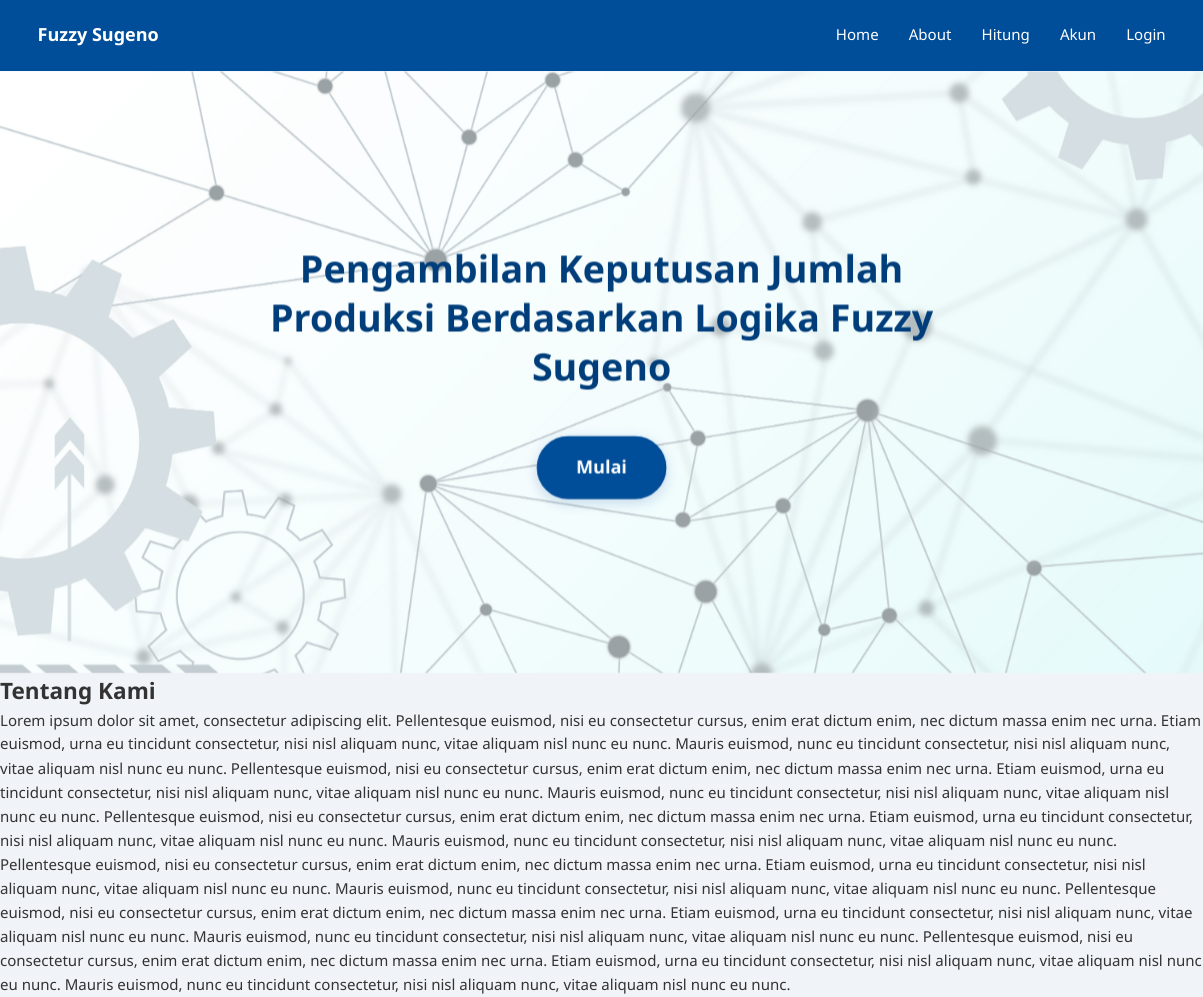
Repository: Senicccc/Defuzzy-Sugeno
Page: http://localhost/
The author's editor kept a copy of each file at every save. The page is drawn from the files as they stood at one save, then again after the next save.
The browser window is 1280 px wide. The pictures show the whole page, at 94% of full size.
The page is run by PHP 8.4 with error messages shown; the project is at /var/www/html/.

Above is the page before, as saved 2025-06-08 11:41:40.

After the next save:
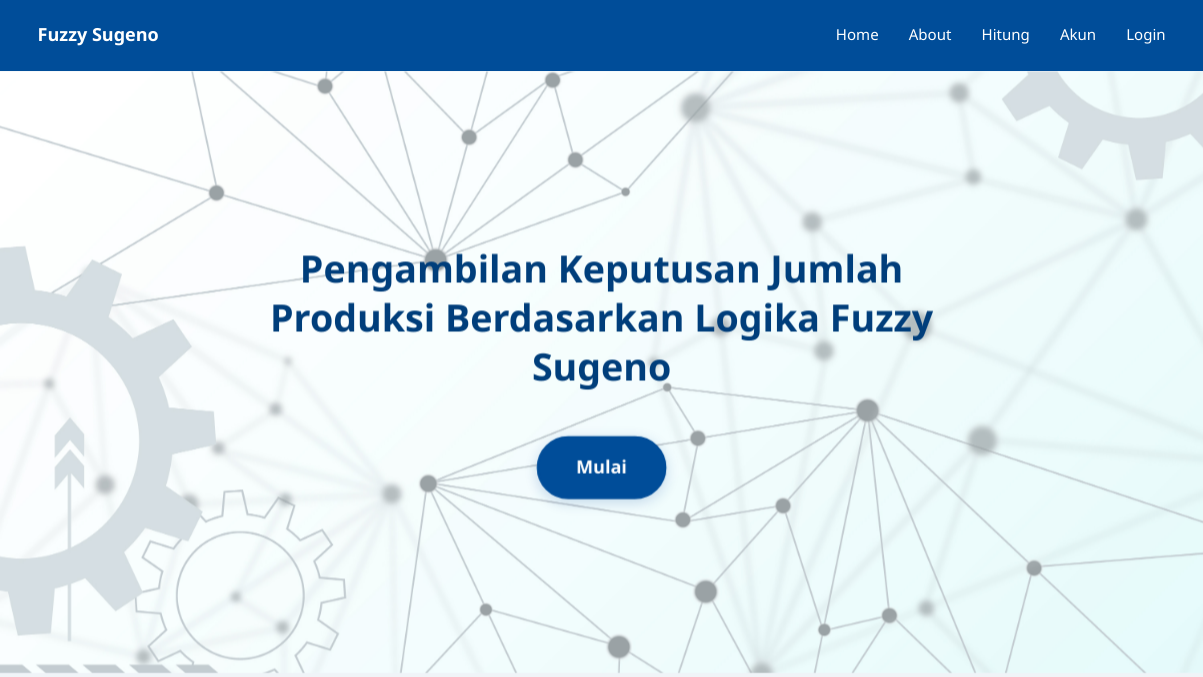
Saved 9 s later.
--- a/index.php
+++ b/index.php
@@ -20,34 +20,6 @@
         <a href="php/form.php" class="start-button">Mulai</a>
     </section>
 
-    <section id="about-section">
-        <div class="about-content">
-            <h1>Tentang Kami</h1>
-            <p>
-                Lorem ipsum dolor sit amet, consectetur adipiscing elit. Pellentesque euismod, nisi eu consectetur
-                cursus, enim erat dictum enim, nec dictum massa enim nec urna. Etiam euismod, urna eu tincidunt
-                consectetur, nisi nisl aliquam nunc, vitae aliquam nisl nunc eu nunc. Mauris euismod, nunc eu
-                tincidunt consectetur, nisi nisl aliquam nunc, vitae aliquam nisl nunc eu nunc. Pellentesque euismod,
-                nisi eu consectetur cursus, enim erat dictum enim, nec dictum massa enim nec urna. Etiam euismod, urna
-                eu tincidunt consectetur, nisi nisl aliquam nunc, vitae aliquam nisl nunc eu nunc. Mauris euismod, nunc
-                eu
-                tincidunt consectetur, nisi nisl aliquam nunc, vitae aliquam nisl nunc eu nunc. Pellentesque euismod,
-                nisi eu consectetur cursus, enim erat dictum enim, nec dictum massa enim nec urna. Etiam euismod, urna
-                eu tincidunt consectetur, nisi nisl aliquam nunc, vitae aliquam nisl nunc eu nunc. Mauris euismod, nunc
-                eu tincidunt consectetur, nisi nisl aliquam nunc, vitae aliquam nisl nunc eu nunc. Pellentesque euismod,
-                nisi eu consectetur cursus, enim erat dictum enim, nec dictum massa enim nec urna. Etiam euismod, urna
-                eu tincidunt consectetur, nisi nisl aliquam nunc, vitae aliquam nisl nunc eu nunc. Mauris euismod, nunc
-                eu tincidunt consectetur, nisi nisl aliquam nunc, vitae aliquam nisl nunc eu nunc. Pellentesque euismod,
-                nisi eu consectetur cursus, enim erat dictum enim, nec dictum massa enim nec urna. Etiam euismod, urna
-                eu tincidunt consectetur, nisi nisl aliquam nunc, vitae aliquam nisl nunc eu nunc. Mauris euismod, nunc
-                eu tincidunt consectetur, nisi nisl aliquam nunc, vitae aliquam nisl nunc eu nunc. Pellentesque euismod,
-                nisi eu consectetur cursus, enim erat dictum enim, nec dictum massa enim nec urna. Etiam euismod, urna
-                eu tincidunt consectetur, nisi nisl aliquam nunc, vitae aliquam nisl nunc eu nunc. Mauris euismod, nunc
-                eu tincidunt consectetur, nisi nisl aliquam nunc, vitae aliquam nisl nunc eu nunc.
-            </p>
-        </div>
-    </section>
-
 </body>
 
 </html>
